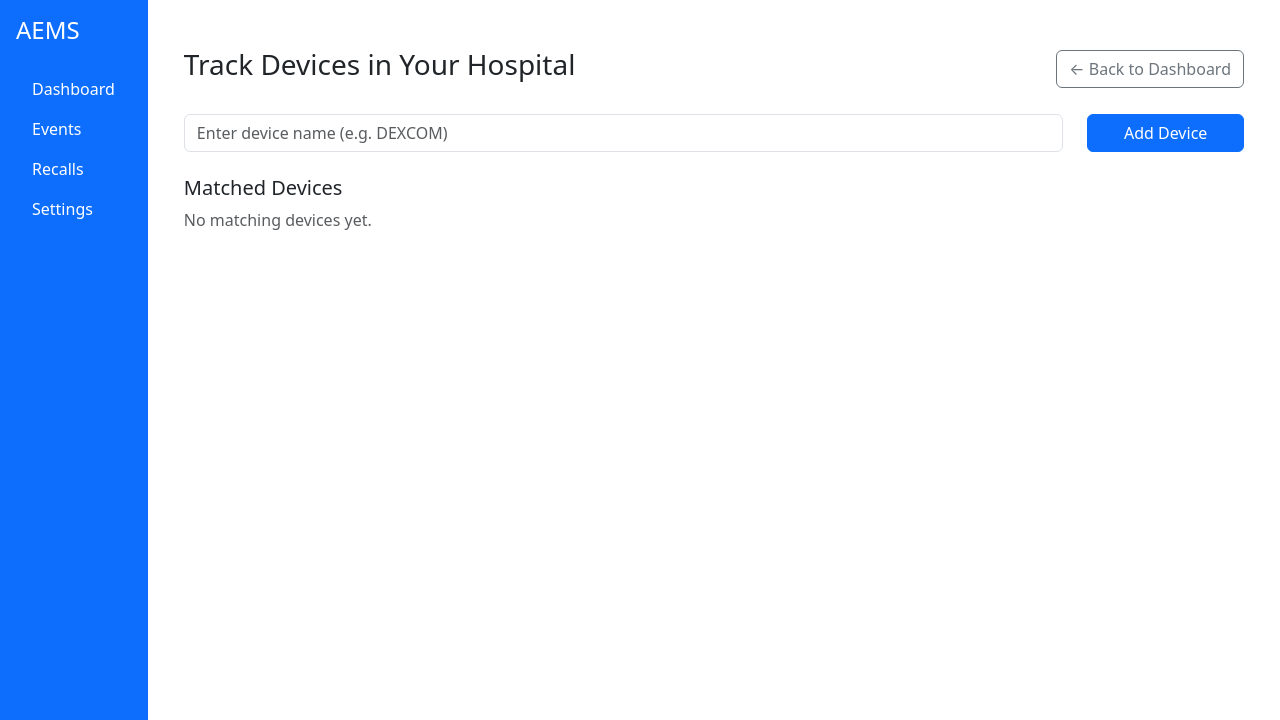
Repository: Sarary2/AEMS_2MVP
Page: /tracked (app in frontend/AEMS/)
An editor plug-in stored every save of this project. The page is shown before and after the next save, followed by the edit.
The browser window is 1280 px wide. The pictures show the whole page.
The page's requests for data from a server got no answer. The project was rebuilt for these pictures with package versions that can differ from the ones it lists, and the page was loaded fresh each time. No one was signed in, and anything a server would have sent is missing. Also part of the build but not shown: frontend/AEMS/vite.config.js, frontend/AEMS/src/components/StatCard.jsx, frontend/AEMS/src/components/DeviceRow.jsx, frontend/AEMS/src/components/StatusChart.jsx, frontend/AEMS/src/components/EventsChart.jsx, frontend/AEMS/src/pages/Dashboard.jsx, frontend/AEMS/src/pages/Events.jsx, frontend/AEMS/src/firebase.js and 2 more.

Above is the page before, as saved 2025-05-06 08:28:48.

After the next save:
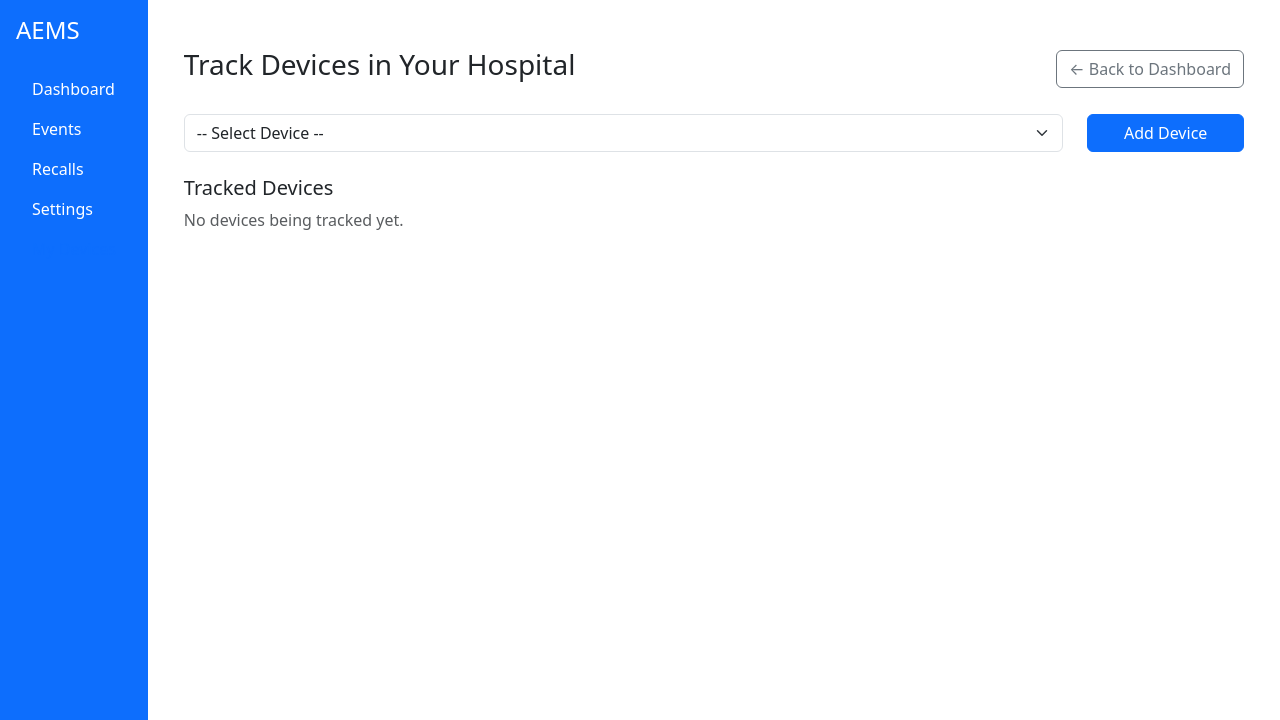
Saved 70 s later.
--- a/frontend/AEMS/src/pages/TrackedDevices.jsx
+++ b/frontend/AEMS/src/pages/TrackedDevices.jsx
@@ -2,52 +2,36 @@ import { useEffect, useState } from 'react';
 import { useNavigate } from 'react-router-dom';
 
 export default function TrackedDevices() {
-  const [deviceName, setDeviceName] = useState('');
-  const [tracked, setTracked] = useState(() => {
-    return JSON.parse(localStorage.getItem('trackedDevices') || '[]');
-  });
-  const [matched, setMatched] = useState([]);
+  const [allDevices, setAllDevices] = useState([]);
+  const [tracked, setTracked] = useState(() =>
+    JSON.parse(localStorage.getItem('trackedDevices') || '[]')
+  );
+  const [selected, setSelected] = useState('');
   const navigate = useNavigate();
 
-  const normalize = (str) => str.trim().toLowerCase();
+  useEffect(() => {
+    fetch('http://localhost:5001/api/devices/all')
+      .then(res => res.json())
+      .then(data => setAllDevices(data))
+      .catch(err => console.error('Failed to load devices', err));
+  }, []);
 
   const handleAdd = () => {
-    const name = normalize(deviceName);
-    if (!name || tracked.includes(name)) return;
-
-    const updated = [...tracked, name];
-    setTracked(updated);
-    localStorage.setItem('trackedDevices', JSON.stringify(updated));
-    setDeviceName('');
+    if (!selected || tracked.find(d => d.deviceName === selected)) return;
+    const found = allDevices.find(d => d.deviceName === selected);
+    if (found) {
+      const updated = [...tracked, found];
+      setTracked(updated);
+      localStorage.setItem('trackedDevices', JSON.stringify(updated));
+      setSelected('');
+    }
   };
 
   const handleRemove = (name) => {
-    const normName = normalize(name);
-    console.log("🗑 Removing:", normName);
-    console.log("📦 Before:", tracked);
-
-    const updated = tracked.filter(d => d !== normName);
+    const updated = tracked.filter(d => d.deviceName !== name);
     setTracked(updated);
     localStorage.setItem('trackedDevices', JSON.stringify(updated));
-    console.log("✅ After:", updated);
   };
-
-  useEffect(() => {
-    if (tracked.length === 0) {
-      setMatched([]);
-      return;
-    }
-
-    fetch('http://localhost:5001/api/devices/all')
-      .then(res => res.json())
-      .then(data => {
-        const filtered = data.filter(d =>
-          tracked.some(t => d.deviceName.toLowerCase().includes(t))
-        );
-        setMatched(filtered);
-      })
-      .catch(err => console.error('Match fetch failed', err));
-  }, [tracked]);
 
   return (
     <div className="container mt-4">
@@ -60,12 +44,18 @@ export default function TrackedDevices() {
 
       <div className="row mb-4">
         <div className="col-md-10">
-          <input
-            placeholder="Enter device name (e.g. DEXCOM)"
-            className="form-control"
-            value={deviceName}
-            onChange={e => setDeviceName(e.target.value)}
-          />
+          <select
+            className="form-select"
+            value={selected}
+            onChange={e => setSelected(e.target.value)}
+          >
+            <option value="">-- Select Device --</option>
+            {allDevices.map((d, i) => (
+              <option key={i} value={d.deviceName}>
+                {d.deviceName}
+              </option>
+            ))}
+          </select>
         </div>
         <div className="col-md-2">
           <button className="btn btn-primary w-100" onClick={handleAdd}>
@@ -74,8 +64,8 @@ export default function TrackedDevices() {
         </div>
       </div>
 
-      <h5>Matched Devices</h5>
-      {matched.length > 0 ? (
+      <h5>Tracked Devices</h5>
+      {tracked.length > 0 ? (
         <table className="table table-bordered">
           <thead className="table-light">
             <tr>
@@ -87,25 +77,18 @@ export default function TrackedDevices() {
             </tr>
           </thead>
           <tbody>
-            {matched.map((d, i) => (
+            {tracked.map((d, i) => (
               <tr key={i}>
                 <td>{d.deviceName}</td>
                 <td>{d.model}</td>
                 <td>
-                  <span className={`badge bg-${statusColor(d.status)}`}>
-                    {d.status}
-                  </span>
+                  <span className={`badge bg-${statusColor(d.status)}`}>{d.status}</span>
                 </td>
                 <td>
-                  <span className={`badge bg-${statusColor(d.harmStatus)}`}>
-                    {d.harmStatus}
-                  </span>
+                  <span className={`badge bg-${statusColor(d.harmStatus)}`}>{d.harmStatus}</span>
                 </td>
                 <td>
-                  <button
-                    className="btn btn-sm btn-outline-danger"
-                    onClick={() => handleRemove(d.deviceName)}
-                  >
+                  <button className="btn btn-sm btn-outline-danger" onClick={() => handleRemove(d.deviceName)}>
                     Remove
                   </button>
                 </td>
@@ -114,7 +97,7 @@ export default function TrackedDevices() {
           </tbody>
         </table>
       ) : (
-        <p className="text-muted">No matching devices yet.</p>
+        <p className="text-muted">No devices being tracked yet.</p>
       )}
     </div>
   );
